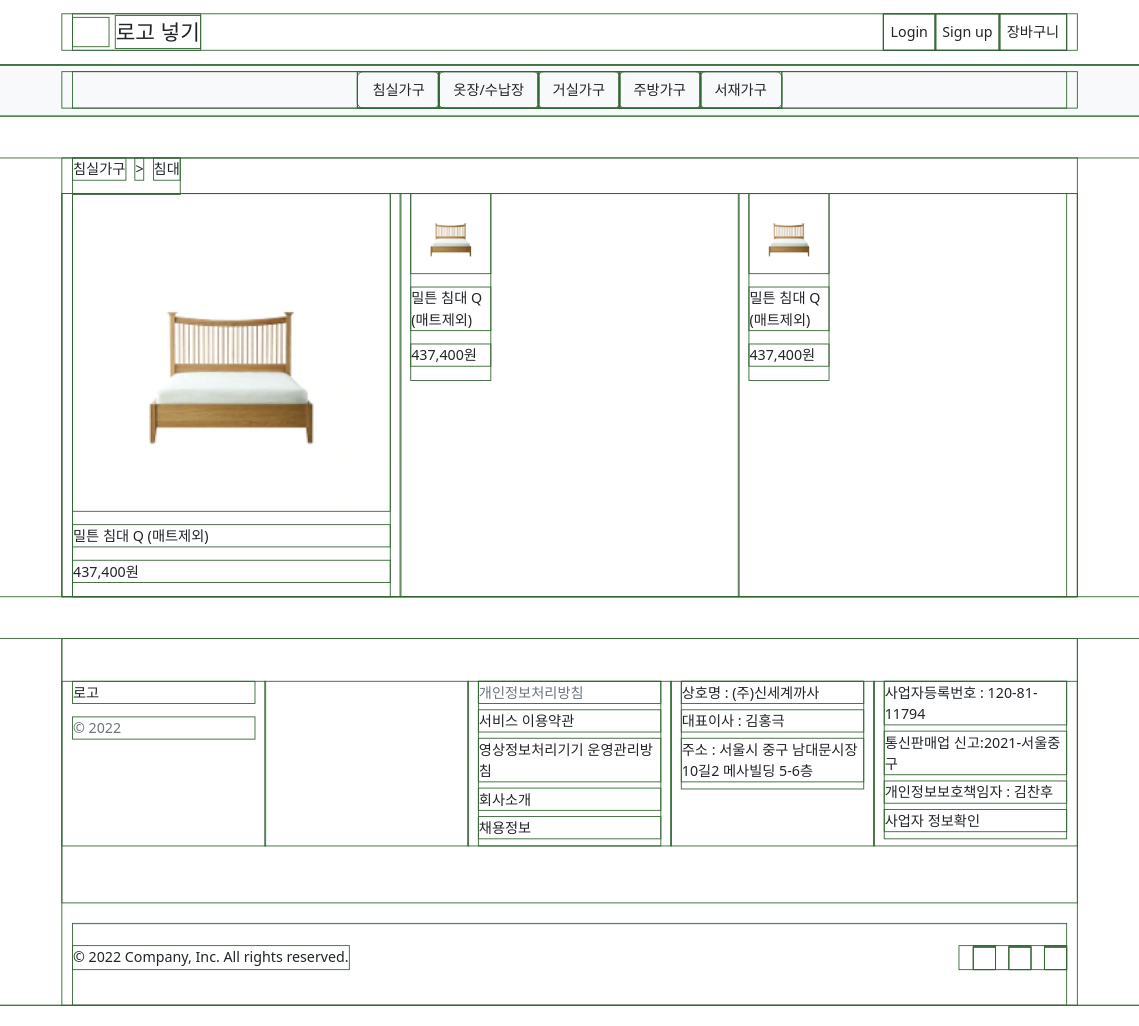
Repository: raoniee/Elice-House-Project
Page: FE/views/pages/main/item-list-page.html
The author's editor kept a copy of each file at every save. The page is drawn from the files as they stood at one save, then again after the next save.
The browser window is 1280 px wide. The pictures show the whole page, at 89% of full size.

Above is the page before, as saved 2023-07-06 13:58:44.

After the next save:
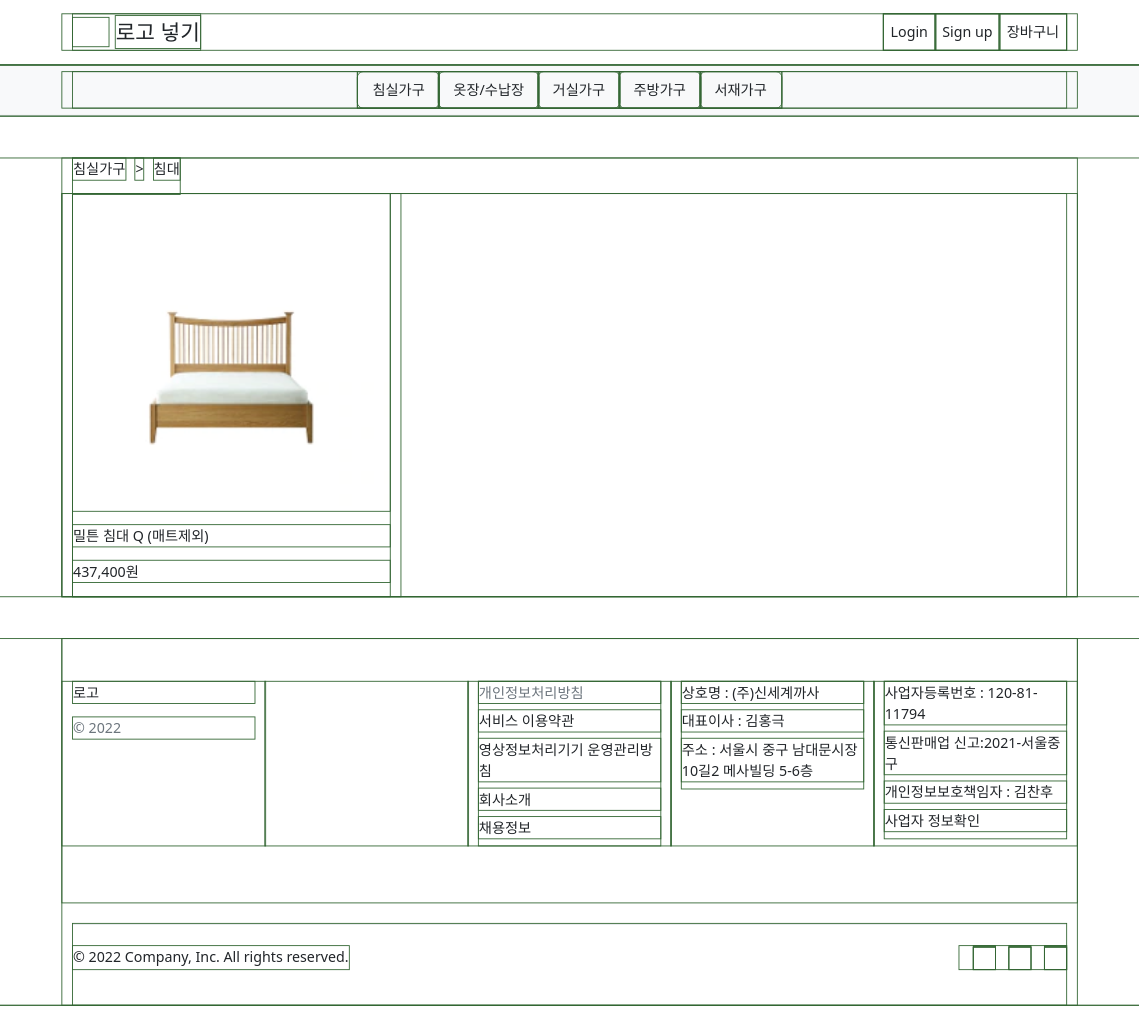
Saved 23 s later.
--- a/FE/views/pages/main/item-list-page.html
+++ b/FE/views/pages/main/item-list-page.html
@@ -58,28 +58,6 @@
                 <p class="item_list_price mb-3">437,400원</p>
               </div>
             </div>
-            <div class="col">
-              <div class="item_list_card w-25 d-flex flex-column">
-                <img
-                  class="mb-3"
-                  src="../../../public/assets/imgs/item-list-card.webp"
-                  alt=""
-                />
-                <span class="item_list_name mb-3">밀튼 침대 Q (매트제외)</span>
-                <p class="item_list_price mb-3">437,400원</p>
-              </div>
-            </div>
-            <div class="col">
-              <div class="item_list_card w-25 d-flex flex-column">
-                <img
-                  class="mb-3"
-                  src="../../../public/assets/imgs/item-list-card.webp"
-                  alt=""
-                />
-                <span class="item_list_name mb-3">밀튼 침대 Q (매트제외)</span>
-                <p class="item_list_price mb-3">437,400원</p>
-              </div>
-            </div>
           </div>
           <!-- item_list_card template로 삽입 -->
         </div>
